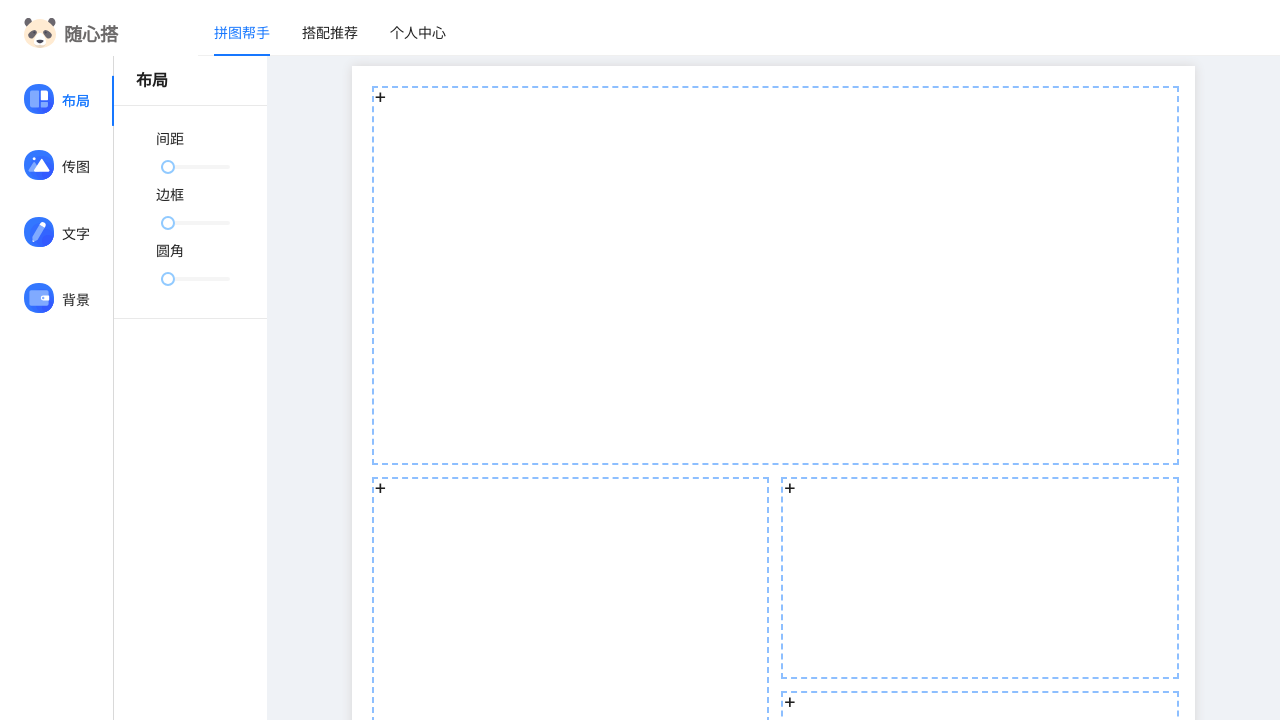
Repository: zzq1101921989/low-code
Page: /
An editor plug-in stored every save of this project. The page is shown before and after the next save, followed by the edit.
The browser window is 1280 px wide. The pictures show the whole page.
The project was rebuilt for these pictures with package versions that can differ from the ones it lists, and the page was loaded fresh each time. Also part of the build but not shown: vite.config.ts, src/pages/admin/index.tsx, src/components/icon/ClothesIcon.tsx, src/components/icon/HairIcon.tsx, src/components/icon/PantsIcon.tsx, src/components/icon/ShoeIcon.tsx, src/pages/recommend/index.tsx.

Above is the page before, as saved 2023-05-08 22:09:06.

After the next save:
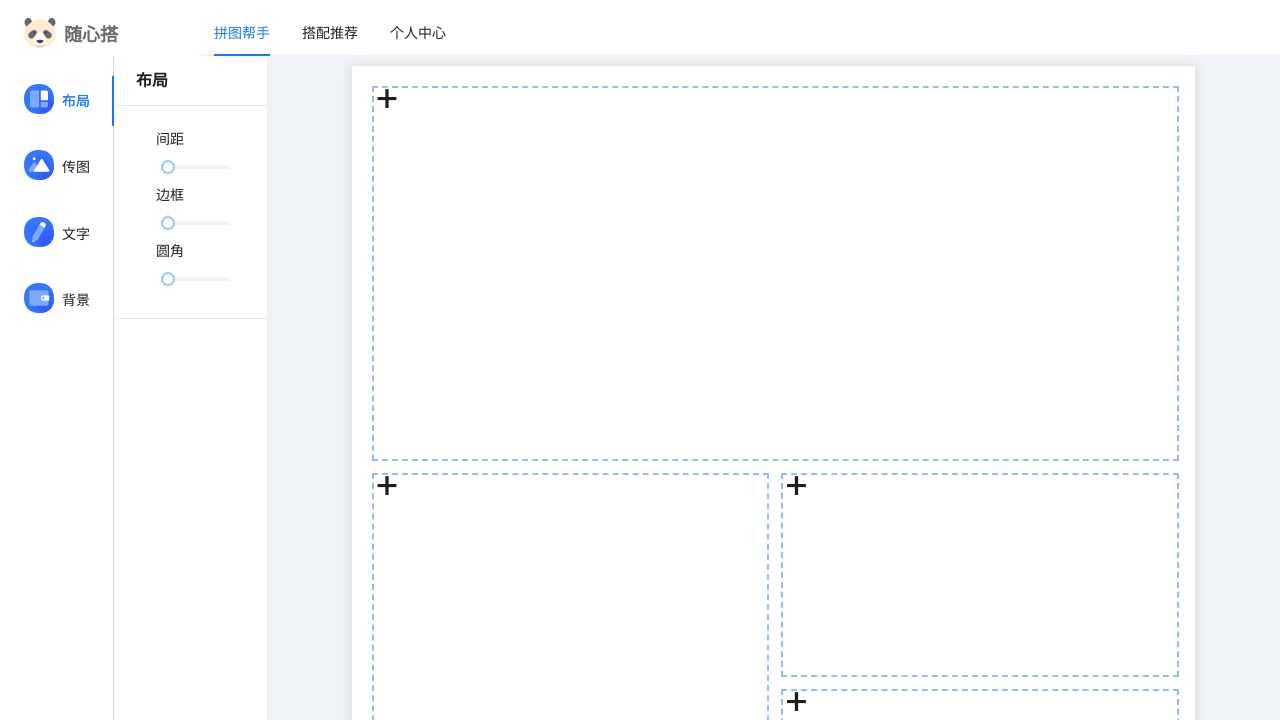
Saved 7 s later.
--- a/src/pages/home/components/ItemBox/index.module.less
+++ b/src/pages/home/components/ItemBox/index.module.less
@@ -16,7 +16,7 @@
         text-align: center;
         line-height: 16px;
         margin: 0 auto;
-        font-size: 20px;
+        font-size: 40px;
     }
     &:hover {
         border: 2px solid #2354f4;
